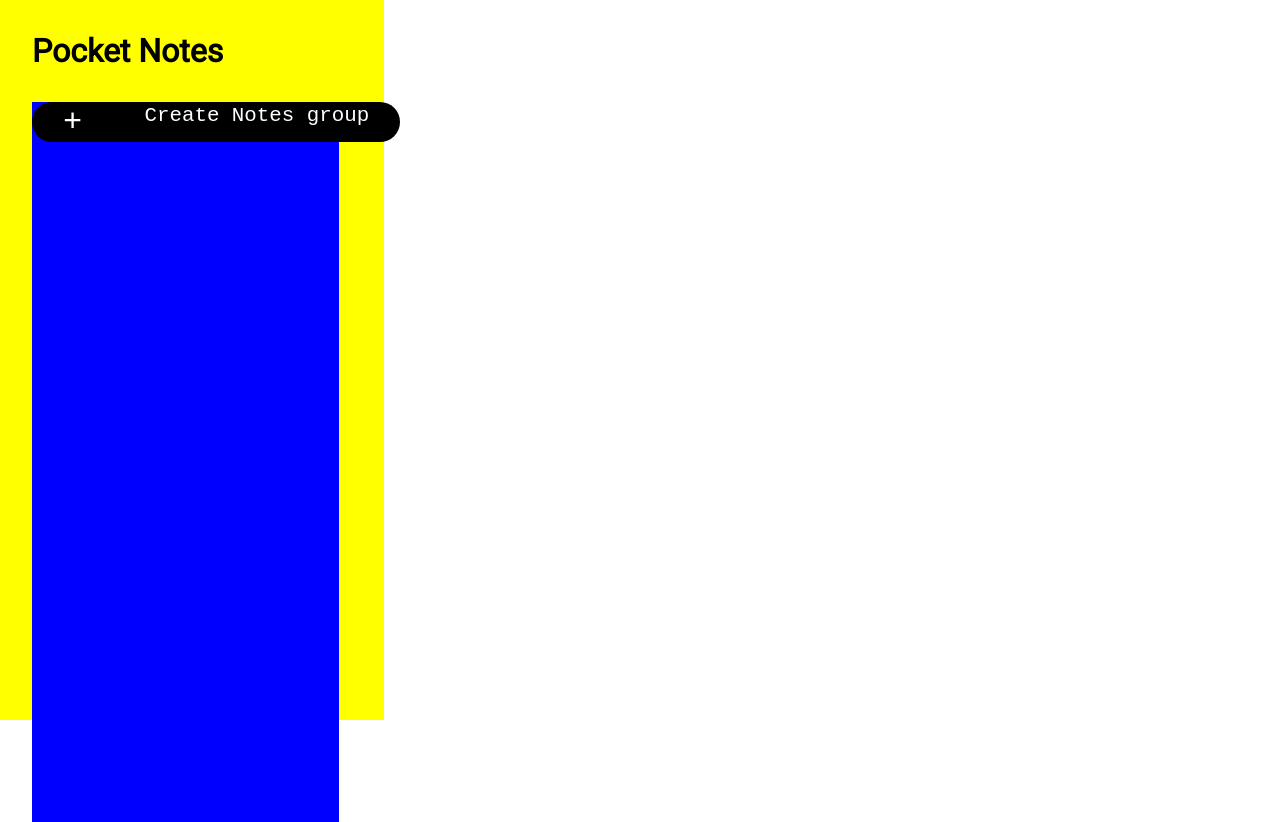
Repository: drumsmanku/react-module-test
Page: /
These files come from the project's save history. The page is drawn as it stood at one moment and after the next save; the edit follows.
The browser window is 1280 px wide. The pictures show the whole page.
The project was rebuilt for these pictures with package versions that can differ from the ones it lists, and the page was loaded fresh each time.

Above is the page before, as saved 2023-06-07 20:53:13.

### src/App.js
import './App.css';
import MainPage from './Components/MainPage';

function App() {
  return (
    <div className="App">
      <MainPage/>
    </div>
  );
}

export default App;

### src/Components/MainPage.js
import React from 'react';
import './MainPage.css';
import PopUp from './PopUp';
import { useEffect, useState } from 'react';

function MainPage() {
  const myGroups=JSON.parse(localStorage.getItem('group'));
  useEffect(()=>{
    console.log(myGroups)
  }, [])
  return (
    <div className='main-container'>
      <div className="first-compartment">
          <h1>Pocket Notes</h1>
          <div className='group-buttons'>
            <PopUp/>


          </div>
      </div>
      <div className="second-comartment">

      </div>
    </div>
  )
}

export default MainPage

### src/Components/MainPage.css
@import url('https://fonts.googleapis.com/css2?family=Roboto&display=swap');
body{
  font-family: 'Roboto';
}

.main-compartment{
  height: 100vh;
  width: 100vw;
}

.first-compartment{
  width: 30%;
  height: 100vh;
  background-color: yellow;
}

.first-compartment h1{
  margin: 0;
  text-align: left;
  padding: 2rem;
}
.group-buttons{
  height: inherit;
  width: 80%;
  background-color: blue;
  display: flex;
  flex-direction: column;
  align-items: flex-start;
  margin-left: 2rem;
}

### src/Components/PopUp.js
import React from "react";
import './PopUp.css'
import Popup from "reactjs-popup";
import "reactjs-popup/dist/index.css";
import { useState,useEffect } from "react";

function PopUp() {
  const [input, setInput]=useState("");
  const [group, setGroup] = useState([])
  const handleInputChange=(event)=>{
    setInput(event.target.value);
  }
  const handleButtonClick=()=>{
    setGroup([...group, input]);
    setInput('');
  }
  useEffect(() => {
    localStorage.setItem('group', JSON.stringify(group));
    const storedValue = localStorage.getItem('group');
    console.log(storedValue);
  }, [group]);

  return (
    <div>
      <Popup trigger={<button className="btn-1"><pre style={{margin:0, display:'flex', justifyContent:'center'}}><p style={{margin:0, fontSize:'2rem'}}>+</p>     Create Notes group</pre> </button>} modal nested>
        {(close) => (
          <div className="modal">
            <div className="content">Welcome to GFG!!!</div>
            <div>
              <button onClick={() => close()}>Close modal</button>
              <input type="text" onChange={handleInputChange} value={input} />
              <button onClick={handleButtonClick}>add</button>
            </div>
          </div>
        )}
      </Popup>
    </div>
  );
}

export default PopUp;

### src/Components/PopUp.css
@import url('https://fonts.googleapis.com/css2?family=Roboto&display=swap');

body{
  font-family: 'Roboto';
}

.btn-1{
  width: 23rem;
  height: 2.5rem;
  background-color: black;
  border: none;
  border-radius: 3rem;
  color: white;
  font-weight: 2rem;
  font-size: 1.3rem;
}

Loaded but not shown: public/index.html (common file); src/index.js (common file); src/index.css (common file); src/App.css (common file)

After the next save:
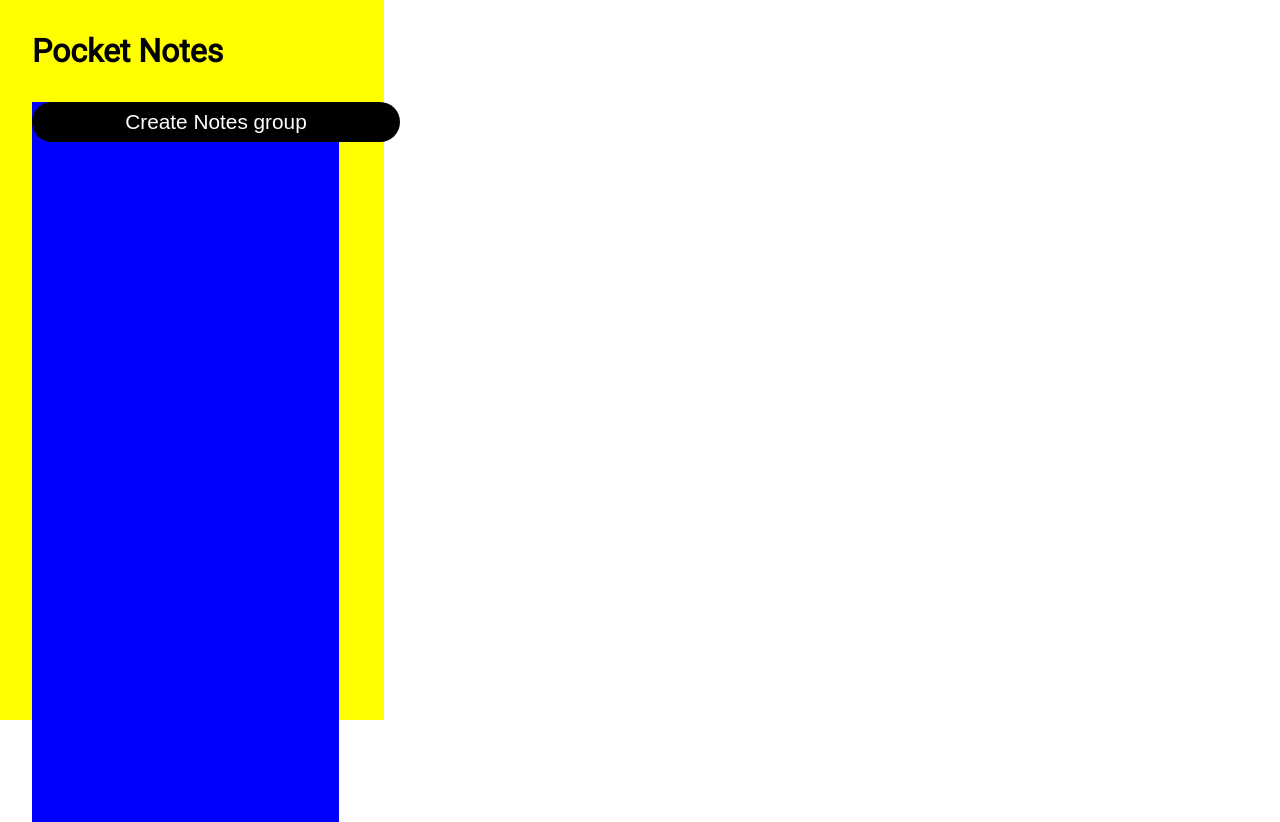
Saved 4 min 16 s later.
--- a/src/Components/PopUp.js
+++ b/src/Components/PopUp.js
@@ -22,7 +22,7 @@ function PopUp() {
 
   return (
     <div>
-      <Popup trigger={<button className="btn-1"><pre style={{margin:0, display:'flex', justifyContent:'center'}}><p style={{margin:0, fontSize:'2rem'}}>+</p>     Create Notes group</pre> </button>} modal nested>
+      <Popup trigger={<button className="btn-1">Create Notes group </button>} modal nested>
         {(close) => (
           <div className="modal">
             <div className="content">Welcome to GFG!!!</div>
